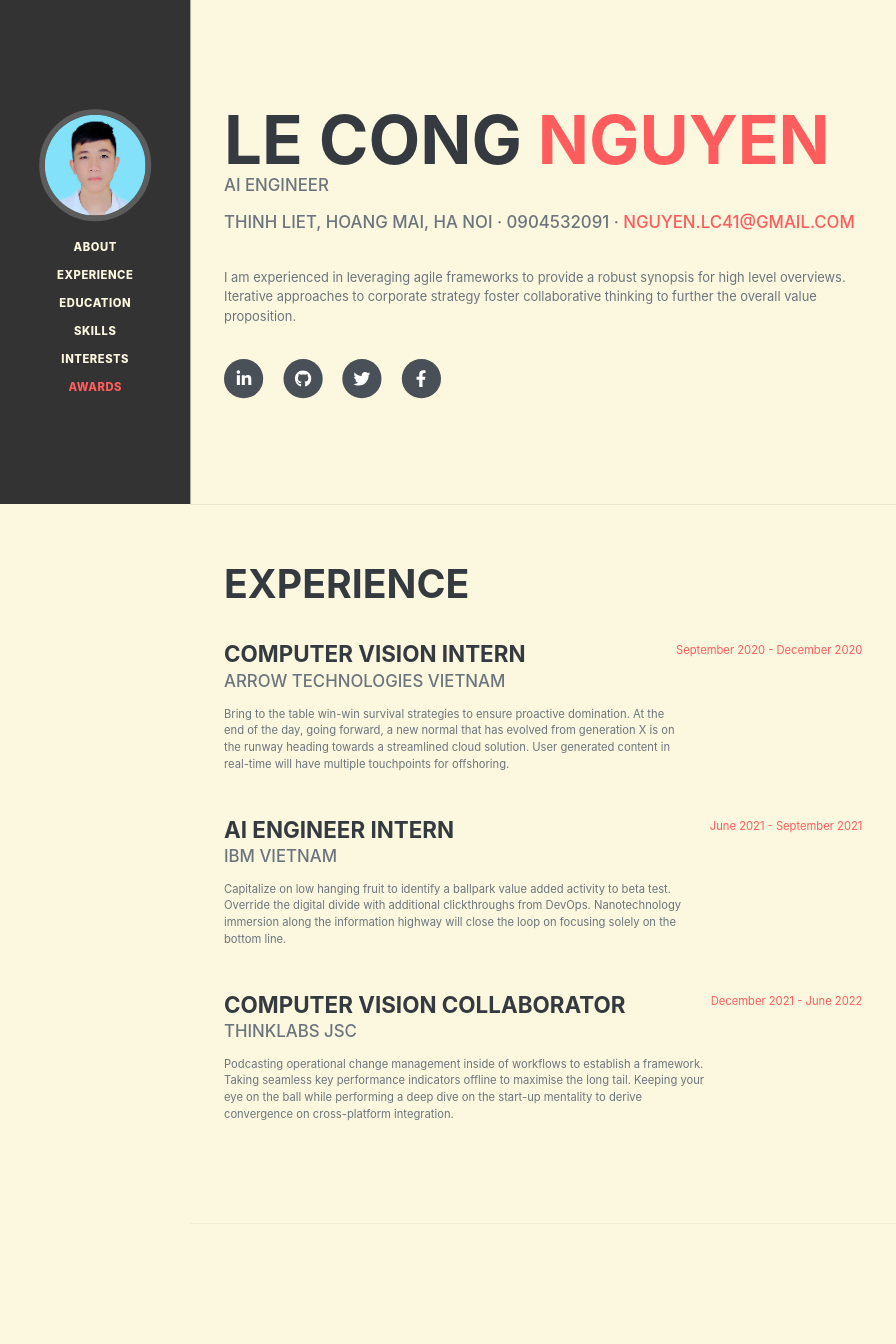
Repository: nguyenlcc/Online-CV
Page: index.html
An editor plug-in stored every save of this project. The page is shown before and after the next save, followed by the edit.
The browser window is 1280 px wide. The pictures show the part of the page from y = 0 to 1920 px (the page is 4631 px tall), at 70% of full size.
Some web fonts or font styles are not loaded; a fallback is used. Some web libraries are served in a nearby version.

Above is the page before, as saved 2022-05-23 01:02:03.

### index.html
<!DOCTYPE html>
<html lang="en">
  <head>
    <meta charset="utf-8" />
    <meta
      name="viewport"
      content="width=device-width, initial-scale=1, shrink-to-fit=no"
    />
    <meta name="description" content="" />
    <meta name="author" content="" />
    <title>Le Cong Nguyen</title>
    <link rel="icon" type="image/x-icon" href="assets/img/favicon.ico" />
    <!-- Font Awesome icons (free version)-->
    <script
      src="https://use.fontawesome.com/releases/v5.13.0/js/all.js"
      crossorigin="anonymous"
    ></script>
    <!-- Google fonts-->
    <link
      href="https://fonts.googleapis.com/css?family=Saira+Extra+Condensed:500,700"
      rel="stylesheet"
      type="text/css"
    />
    <link
      href="https://fonts.googleapis.com/css?family=Muli:400,400i,800,800i"
      rel="stylesheet"
      type="text/css"
    />
    <!-- Core theme CSS (includes Bootstrap)-->
    <link href="css/styles.css" rel="stylesheet" />
  </head>
  <body id="page-top">
    <!-- Navigation-->
    <nav
      class="navbar navbar-expand-lg navbar-dark bg-primary fixed-top"
      id="sideNav"
    >
      <a class="navbar-brand js-scroll-trigger" href="#page-top">
        <span class="d-block d-lg-none">LE CONG NGUYEN</span>
        <span class="d-none d-lg-block"
          ><img
            class="img-fluid img-profile rounded-circle mx-auto mb-2"
            src="assets/img/profile.jpg"
            alt=""
        /></span>
      </a>
      <button
        class="navbar-toggler"
        type="button"
        data-toggle="collapse"
        data-target="#navbarSupportedContent"
        aria-controls="navbarSupportedContent"
        aria-expanded="false"
        aria-label="Toggle navigation"
      >
        <span class="navbar-toggler-icon"></span>
      </button>
      <div class="collapse navbar-collapse" id="navbarSupportedContent">
        <ul class="navbar-nav">
          <li class="nav-item">
            <a class="nav-link js-scroll-trigger" href="#about">About</a>
          </li>
          <li class="nav-item">
            <a class="nav-link js-scroll-trigger" href="#experience"
              >Experience</a
            >
          </li>
          <li class="nav-item">
            <a class="nav-link js-scroll-trigger" href="#education"
              >Education</a
            >
          </li>
          <li class="nav-item">
            <a class="nav-link js-scroll-trigger" href="#skills">Skills</a>
          </li>
          <li class="nav-item">
            <a class="nav-link js-scroll-trigger" href="#interests"
              >Interests</a
            >
          </li>
          <li class="nav-item">
            <a class="nav-link js-scroll-trigger" href="#awards">Awards</a>
          </li>
        </ul>
      </div>
    </nav>
    <!-- Page Content-->
    <div class="container-fluid p-0">
      <!-- About-->
      <section class="resume-section" id="about">
        <div class="resume-section-content">
          <h1 class="mb-0">
            LE CONG
            <span class="text-primary">NGUYEN</span>
          </h1>
          <div class="subheading mb-5">
            <p>AI ENGINEER</p>
            <p>THINH LIET, HOANG MAI, HA NOI · 0904532091 ·
              <a href="mailto:name@email.com">nguyen.lc41@gmail.com</a>
            </p>
          </div>
          <p class="lead mb-5">
            I am experienced in leveraging agile frameworks to provide a robust
            synopsis for high level overviews. Iterative approaches to corporate
            strategy foster collaborative thinking to further the overall value
            proposition.
          </p>
          <div class="social-icons">
            <a class="social-icon" href="https://www.linkedin.com/in/nguy%C3%AAn-l%C3%AA-c%C3%B4ng-0b1731233/"
              ><i class="fab fa-linkedin-in"></i
            ></a>
            <a class="social-icon" href="https://github.com/nguyenlecong"><i class="fab fa-github"></i></a>
            <a class="social-icon" href="https://twitter.com/vi3ix_"><i class="fab fa-twitter"></i></a>
            <a class="social-icon" href="https://www.facebook.com/nguyenlc5139/"
              ><i class="fab fa-facebook-f"></i
            ></a>
          </div>
        </div>
      </section>
      <hr class="m-0" />
      <!-- Experience-->
      <section class="resume-section" id="experience">
        <div class="resume-section-content">
          <h2 class="mb-5">Experience</h2>
          <div
            class="d-flex flex-column flex-md-row justify-content-between mb-5"
          >
            <div class="flex-grow-1">
              <h3 class="mb-0">Computer Vision Intern</h3>
              <div class="subheading mb-3">Arrow Technologies Vietnam</div>
              <p>
                Bring to the table win-win survival strategies to ensure
                proactive domination. At the end of the day, going forward, a
                new normal that has evolved from generation X is on the runway
                heading towards a streamlined cloud solution. User generated
                content in real-time will have multiple touchpoints for
                offshoring.
              </p>
            </div>
            <div class="flex-shrink-0">
              <span class="text-primary">September 2020 - December 2020</span>
            </div>
          </div>
          <div
            class="d-flex flex-column flex-md-row justify-content-between mb-5"
          >
            <div class="flex-grow-1">
              <h3 class="mb-0">AI Engineer Intern</h3>
              <div class="subheading mb-3">IBM Vietnam</div>
              <p>
                Capitalize on low hanging fruit to identify a ballpark value
                added activity to beta test. Override the digital divide with
                additional clickthroughs from DevOps. Nanotechnology immersion
                along the information highway will close the loop on focusing
                solely on the bottom line.
              </p>
            </div>
            <div class="flex-shrink-0">
              <span class="text-primary">June 2021 - September 2021</span>
            </div>
          </div>
          <div
            class="d-flex flex-column flex-md-row justify-content-between mb-5"
          >
            <div class="flex-grow-1">
              <h3 class="mb-0">Computer Vision Collaborator</h3>
              <div class="subheading mb-3">ThinkLABs JSC</div>
              <p>
                Podcasting operational change management inside of workflows to
                establish a framework. Taking seamless key performance
                indicators offline to maximise the long tail. Keeping your eye
                on the ball while performing a deep dive on the start-up
                mentality to derive convergence on cross-platform integration.
              </p>
            </div>
            <div class="flex-shrink-0">
              <span class="text-primary">December 2021 - June 2022</span>
            </div>
          </div>
        </div>
      </section>
      <hr class="m-0" />
      <!-- Education-->
      <section class="resume-section" id="education">
        <div class="resume-section-content">
          <h2 class="mb-5">Education</h2>
          <div
            class="d-flex flex-column flex-md-row justify-content-between mb-5"
          >
            <div class="flex-grow-1">
              <h3 class="mb-0">HANOI UNIVERSITY OF SCIENCE AND TECHNOLOGY</h3>
              <div class="subheading mb-3">
                SCHOOL OF INFORMATION AND COMMUNICATION TECHNOLOGY
              </div>
              <div>Computer Science</div>
              <p>GPA: 3.16</p>
            </div>
            <div class="flex-shrink-0">
              <span class="text-primary">August 2017 - Now</span>
            </div>
          </div>
          <!-- <div class="d-flex flex-column flex-md-row justify-content-between">
            <div class="flex-grow-1">
              <h3 class="mb-0">James Buchanan High School</h3>
              <div class="subheading mb-3">Technology Magnet Program</div>
              <p>GPA: 3.56</p>
            </div>
            <div class="flex-shrink-0">
              <span class="text-primary">August 2002 - May 2006</span>
            </div> -->
          </div>
        </div>
      </section>
      <hr class="m-0" />
      <!-- Skills-->
      <section class="resume-section" id="skills">
        <div class="resume-section-content">
          <h2 class="mb-5">Skills</h2>
          <div class="subheading mb-3">Programming Languages & Tools</div>
          <ul class="list-inline dev-icons">
            <li class="list-inline-item"><i class="fab fa-html5"></i></li>
            <li class="list-inline-item"><i class="fab fa-css3-alt"></i></li>
            <li class="list-inline-item"><i class="fab fa-js-square"></i></li>
            <li class="list-inline-item"><i class="fab fa-angular"></i></li>
            <li class="list-inline-item"><i class="fab fa-react"></i></li>
            <li class="list-inline-item"><i class="fab fa-node-js"></i></li>
            <li class="list-inline-item"><i class="fab fa-sass"></i></li>
            <li class="list-inline-item"><i class="fab fa-less"></i></li>
            <li class="list-inline-item"><i class="fab fa-wordpress"></i></li>
            <li class="list-inline-item"><i class="fab fa-gulp"></i></li>
            <li class="list-inline-item"><i class="fab fa-grunt"></i></li>
            <li class="list-inline-item"><i class="fab fa-npm"></i></li>
          </ul>
          <div class="subheading mb-3">Workflow</div>
          <ul class="fa-ul mb-0">
            <li>
              <span class="fa-li"><i class="fas fa-check"></i></span>
              Mobile-First, Responsive Design
            </li>
            <li>
              <span class="fa-li"><i class="fas fa-check"></i></span>
              Cross Browser Testing & Debugging
            </li>
            <li>
              <span class="fa-li"><i class="fas fa-check"></i></span>
              Cross Functional Teams
            </li>
            <li>
              <span class="fa-li"><i class="fas fa-check"></i></span>
              Agile Development & Scrum
            </li>
          </ul>
        </div>
      </section>
      <hr class="m-0" />
      <!-- Interests-->
      <section class="resume-section" id="interests">
        <div class="resume-section-content">
          <h2 class="mb-5">Interests</h2>
          <p>
            Apart from being a web developer, I enjoy most of my time being
            outdoors. In the winter, I am an avid skier and novice ice climber.
            During the warmer months here in Colorado, I enjoy mountain biking,
            free climbing, and kayaking.
          </p>
          <p class="mb-0">
            When forced indoors, I follow a number of sci-fi and fantasy genre
            movies and television shows, I am an aspiring chef, and I spend a
            large amount of my free time exploring the latest technology
            advancements in the front-end web development world.
          </p>
        </div>
      </section>
      <hr class="m-0" />
      <!-- Awards-->
      <section class="resume-section" id="awards">
        <div class="resume-section-content">
          <h2 class="mb-5">Awards & Certifications</h2>
          <ul class="fa-ul mb-0">
            <li>
              <span class="fa-li"
                ><i class="fas fa-trophy text-warning"></i
              ></span>
              Silver Medal for Excellence in Mathematics on Casio Calculator in 12th Grade
            </li>
            <li>
              <span class="fa-li"
                ><i class="fas fa-trophy text-warning"></i
              ></span>
              Consolation Prize in the Provincial Examination for Excellent Students in Mathematics in 12th Grade
            </li>
            <li>
              <span class="fa-li"
                ><i class="fas fa-trophy text-warning"></i
              ></span>
              Level B of Scholarships for the Term 2 of the School Year 2020-2021, Hanoi University of Science and Technology
            </li>
            <li>
              <span class="fa-li"
                ><i class="fas fa-trophy text-warning"></i
              ></span>
              Level A of Scholarships for the Term 1 of the School Year 2021-2022, Hanoi University of Science and Technology
            </li>
          </ul>
        </div>
      </section>
    </div>
    <!-- Bootstrap core JS-->
    <script src="https://cdnjs.cloudflare.com/ajax/libs/jquery/3.5.1/jquery.min.js"></script>
    <script src="https://stackpath.bootstrapcdn.com/bootstrap/4.5.0/js/bootstrap.bundle.min.js"></script>
    <!-- Third party plugin JS-->
    <script src="https://cdnjs.cloudflare.com/ajax/libs/jquery-easing/1.4.1/jquery.easing.min.js"></script>
    <!-- Core theme JS-->
    <script src="js/scripts.js"></script>
  </body>
</html>

### js/scripts.js
/*!
    * Start Bootstrap - Resume v6.0.1 (https://startbootstrap.com/template-overviews/resume)
    * Copyright 2013-2020 Start Bootstrap
    * Licensed under MIT (https://github.com/StartBootstrap/startbootstrap-resume/blob/master/LICENSE)
    */
    (function ($) {
    "use strict"; // Start of use strict

    // Smooth scrolling using jQuery easing
    $('a.js-scroll-trigger[href*="#"]:not([href="#"])').click(function () {
        if (
            location.pathname.replace(/^\//, "") ==
                this.pathname.replace(/^\//, "") &&
            location.hostname == this.hostname
        ) {
            var target = $(this.hash);
            target = target.length
                ? target
                : $("[name=" + this.hash.slice(1) + "]");
            if (target.length) {
                $("html, body").animate(
                    {
                        scrollTop: target.offset().top,
                    },
                    1000,
                    "easeInOutExpo"
                );
                return false;
            }
        }
    });

    // Closes responsive menu when a scroll trigger link is clicked
    $(".js-scroll-trigger").click(function () {
        $(".navbar-collapse").collapse("hide");
    });

    // Activate scrollspy to add active class to navbar items on scroll
    $("body").scrollspy({
        target: "#sideNav",
    });
})(jQuery); // End of use strict

Loaded but not shown: css/styles.css (library)

After the next save:
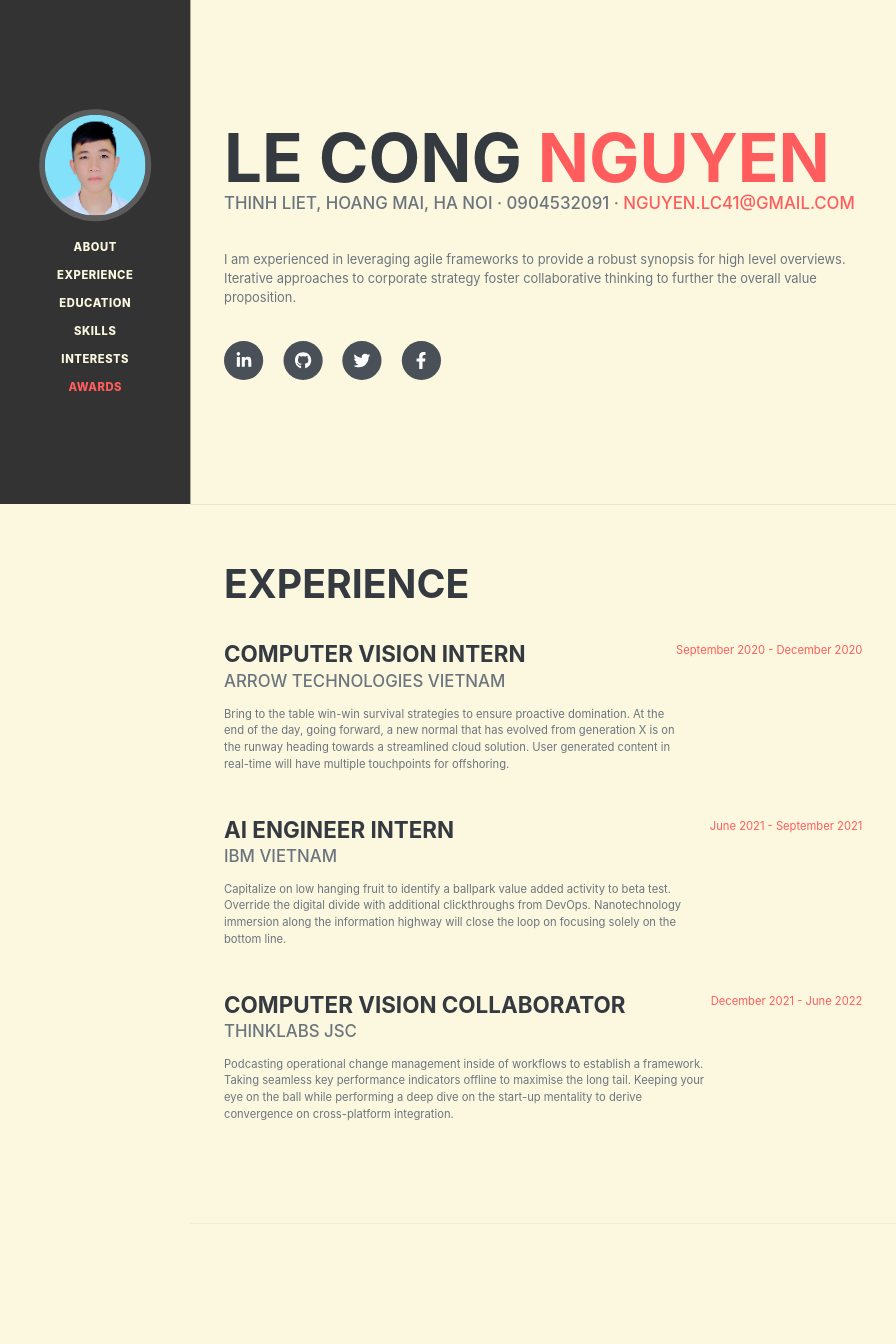
Saved 50 s later.
--- a/index.html
+++ b/index.html
@@ -94,10 +94,8 @@
             <span class="text-primary">NGUYEN</span>
           </h1>
           <div class="subheading mb-5">
-            <p>AI ENGINEER</p>
-            <p>THINH LIET, HOANG MAI, HA NOI · 0904532091 ·
-              <a href="mailto:name@email.com">nguyen.lc41@gmail.com</a>
-            </p>
+            THINH LIET, HOANG MAI, HA NOI · 0904532091 ·
+            <a href="mailto:name@email.com">nguyen.lc41@gmail.com</a>
           </div>
           <p class="lead mb-5">
             I am experienced in leveraging agile frameworks to provide a robust
